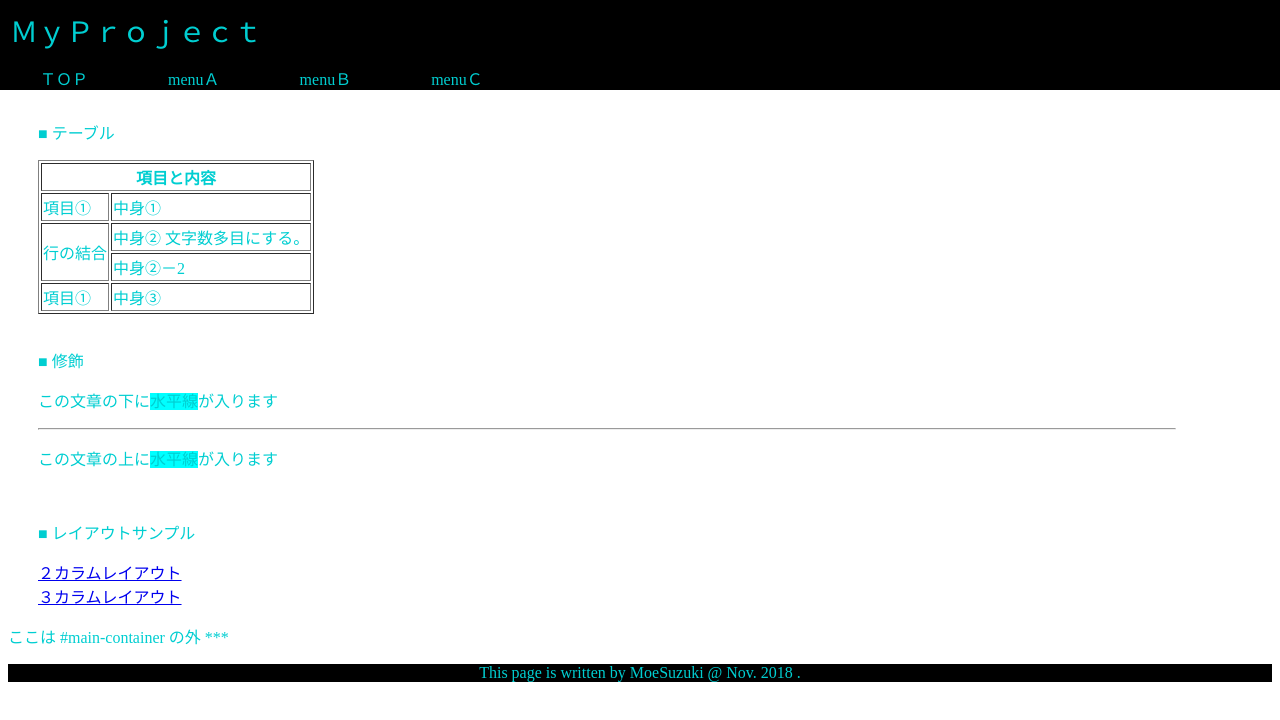
Repository: user10112018/test
Page: http://localhost/MyProject/
The author's editor kept a copy of each file at every save. The page is drawn from the files as they stood at one save, then again after the next save.
The browser window is 1280 px wide. The pictures show the whole page.
The page is served by Tomcat 9.

Above is the page before, as saved 2018-11-14 07:39:24.

After the next save:
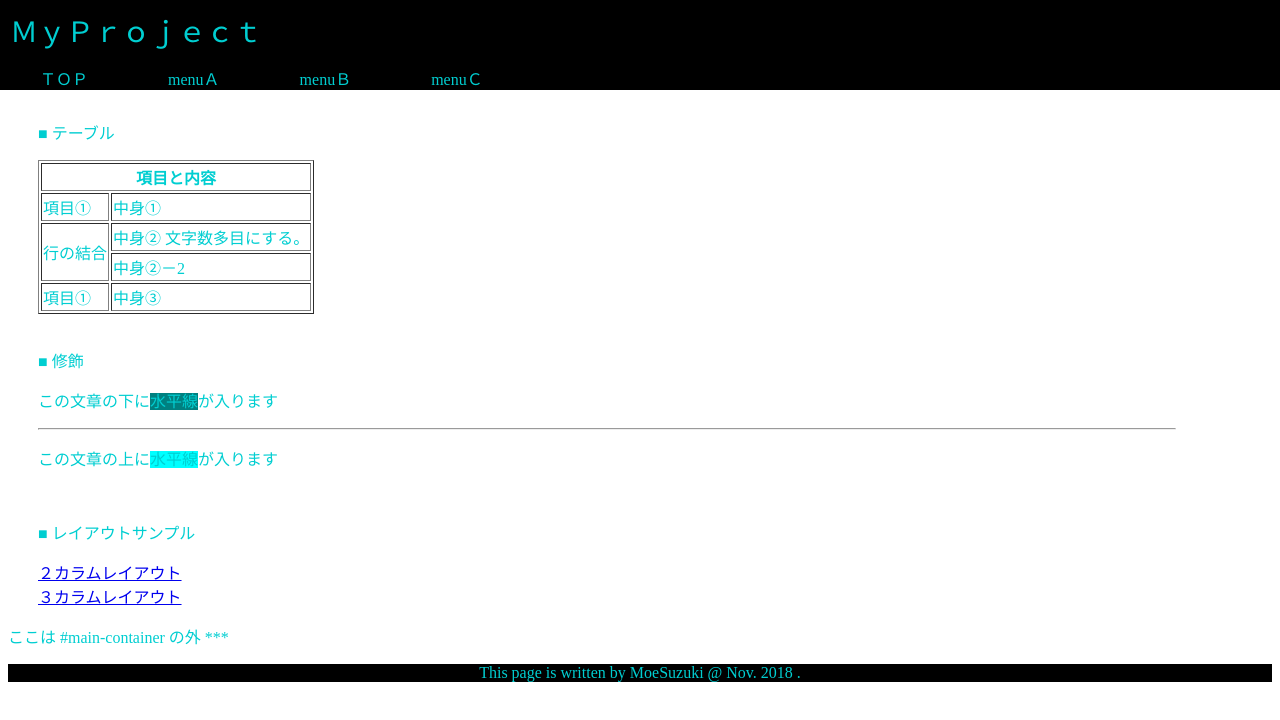
Saved 66 s later.
--- a/MyProject/WebContent/index.jsp
+++ b/MyProject/WebContent/index.jsp
@@ -55,7 +55,7 @@
 <br>
 
 <p>■ 修飾</p>
-<p>この文章の下に<span style="background:aqua;">水平線</span>が入ります</p>
+<p>この文章の下に<span style="background:#008080;">水平線</span>が入ります</p>
 <!-- 水平線を入れたいときには<hr>タグ -->
 <hr>
 <p>この文章の上に<span style="background:aqua;">水平線</span>が入ります</p>

After the save that followed:
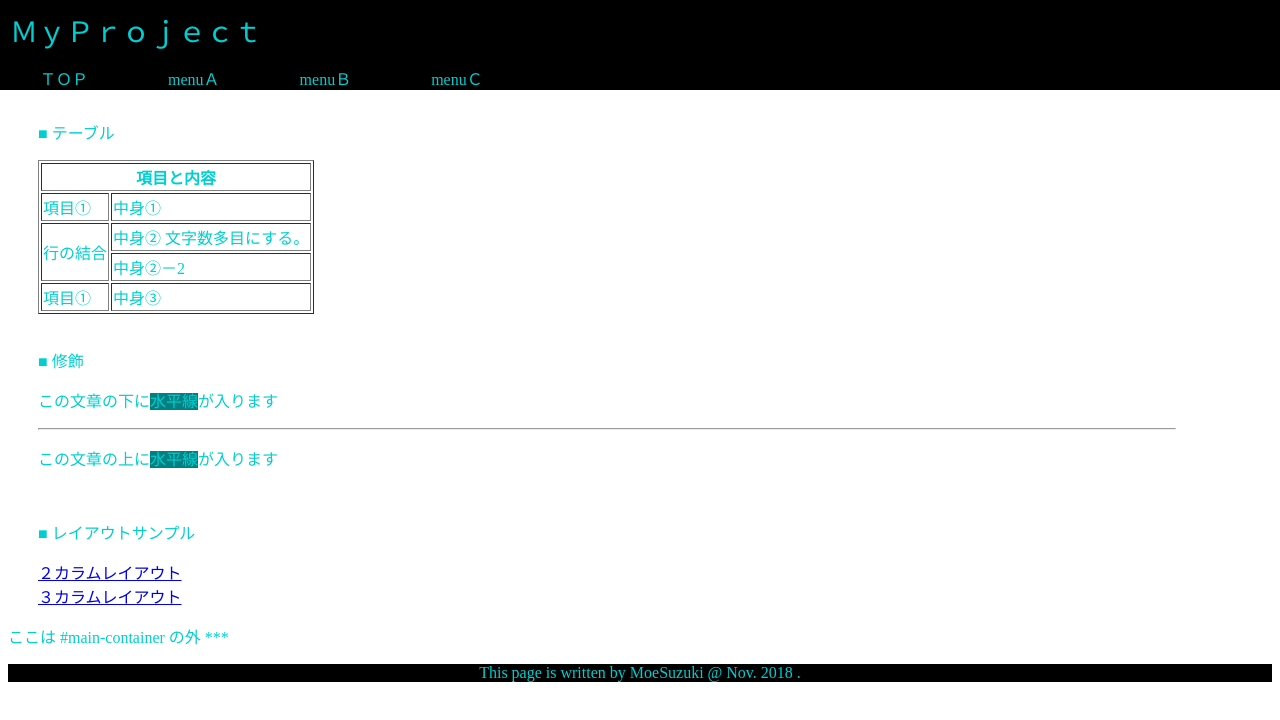
Saved 20 s later.
--- a/MyProject/WebContent/index.jsp
+++ b/MyProject/WebContent/index.jsp
@@ -58,7 +58,7 @@
 <p>この文章の下に<span style="background:#008080;">水平線</span>が入ります</p>
 <!-- 水平線を入れたいときには<hr>タグ -->
 <hr>
-<p>この文章の上に<span style="background:aqua;">水平線</span>が入ります</p>
+<p>この文章の上に<span style="background:#008080;">水平線</span>が入ります</p>
 
 <br>
 
